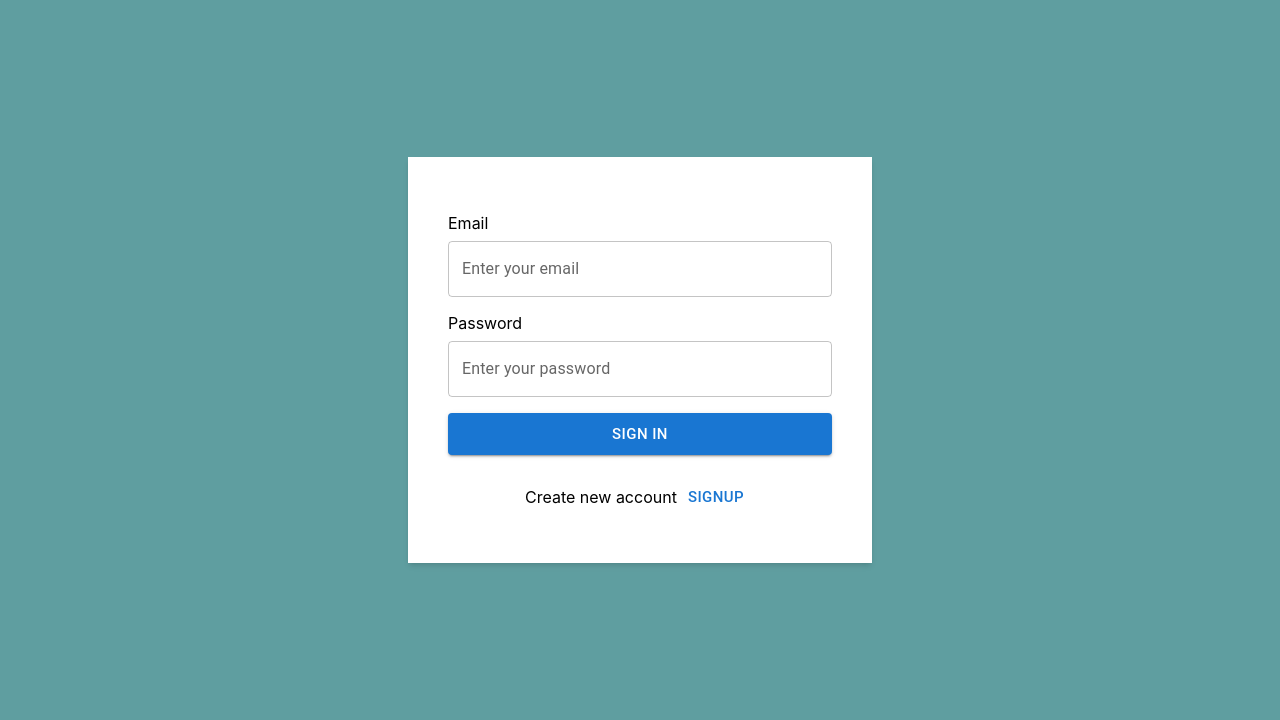
Repository: hoangcode204/Social-Chat-
Page: /signin (app in frontend/)
These files come from the project's save history. The page is drawn as it stood at one moment and after a run of saves; the edit follows.
The browser window is 1280 px wide. The pictures show the whole page.
The project was rebuilt for these pictures with package versions that can differ from the ones it lists, and the page was loaded fresh each time. Also part of the build but not shown: frontend/src/components/Homepage.module.scss, frontend/src/components/editChat/EditGroupChat.module.scss, frontend/src/components/utils/Utils.ts, frontend/src/components/editChat/GroupMember.module.scss, frontend/src/components/editChat/GroupMember.tsx, frontend/src/redux/chat/ChatAction.ts, frontend/src/components/editChat/EditGroupChat.tsx, frontend/src/components/profile/Profile.module.scss and 16 more. Imported but missing from the stored project, and not drawn on this page: frontend/src/redux/Constants.

Above is the page before, as saved 2025-05-17 11:26:26.

### frontend/public/index.html
<!DOCTYPE html>
<html lang="en">
  <head>
    <meta charset="utf-8" />
    <link rel="icon" href="%PUBLIC_URL%/favicon.ico" />
    <meta name="viewport" content="width=device-width, initial-scale=1" />
    <meta name="theme-color" content="#000000" />
    <meta
      name="description"
      content="Chat app"
    />
    <link rel="apple-touch-icon" href="%PUBLIC_URL%/favicon.ico" />
    <!--
      manifest.json provides metadata used when your web app is installed on a
      user's mobile device or desktop. See https://developers.google.com/web/fundamentals/web-app-manifest/
    -->
    <link rel="manifest" href="%PUBLIC_URL%/manifest.json" />
    <!--
      Notice the use of %PUBLIC_URL% in the tags above.
      It will be replaced with the URL of the `public` folder during the build.
      Only files inside the `public` folder can be referenced from the HTML.

      Unlike "/favicon-test.ico" or "favicon-test.ico", "%PUBLIC_URL%/favicon-test.ico" will
      work correctly both with client-side routing and a non-root public URL.
      Learn how to configure a non-root public URL by running `npm run build`.
    -->
    <title>Chat App</title>
  </head>
  <body>
    <noscript>You need to enable JavaScript to run this app.</noscript>
    <div id="root"></div>
    <!--
      This HTML file is a template.
      If you open it directly in the browser, you will see an empty page.

      You can add webfonts, meta tags, or analytics to this file.
      The build step will place the bundled scripts into the <body> tag.

      To begin the development, run `npm start` or `yarn start`.
      To create a production bundle, use `npm run build` or `yarn build`.
    -->
  </body>
</html>

### frontend/src/index.tsx
import React from 'react';
import ReactDOM from 'react-dom/client';
import './index.css';
import App from './App';
import {BrowserRouter} from "react-router-dom";
import {Provider} from "react-redux";
import {store} from "./redux/Store";

const root = ReactDOM.createRoot(
    document.getElementById('root') as HTMLElement
);
root.render(
    <React.StrictMode>
          {/* chế độ kiểm tra lỗi và cảnh báo trong dev. */}
        <BrowserRouter>

            <Provider store={store}>
                <App/>
            </Provider>
        </BrowserRouter>
    </React.StrictMode>
);

// If you want to start measuring performance in your app, pass a function
// to log results (for example: reportWebVitals(console.log))
// or send to an analytics endpoint. Learn more: https://bit.ly/CRA-vitals

### frontend/src/index.css
body {
  margin: 0;
  font-family: -apple-system, BlinkMacSystemFont, 'Segoe UI', 'Roboto', 'Oxygen',
    'Ubuntu', 'Cantarell', 'Fira Sans', 'Droid Sans', 'Helvetica Neue',
    sans-serif;
  -webkit-font-smoothing: antialiased;
  -moz-osx-font-smoothing: grayscale;
  max-width: 100vw;
  background-color: cadetblue;
}

code {
  font-family: source-code-pro, Menlo, Monaco, Consolas, 'Courier New',
    monospace;
}

### frontend/src/App.tsx
import React from 'react';
import {Route, Routes} from "react-router-dom";
import Homepage from "./components/Homepage";
import SignIn from "./components/register/SignIn";
import SignUp from "./components/register/SignUp";

function App() {
    return (
        <div>
            <Routes>
                <Route path="/" element={<Homepage/>}/>
                <Route path='/signin' element={<SignIn/>}/>
                <Route path='/signup' element={<SignUp/>}/>
            </Routes>
        </div>
    );
}

export default App;

### frontend/src/redux/Store.ts
import authReducer from "./auth/AuthReducer";
import {combineReducers} from "redux";
import {configureStore} from "@reduxjs/toolkit";
import chatReducer from "./chat/ChatReducer";
import messageReducer from "./message/MessageReducer";

const rootReducer = combineReducers({
    auth: authReducer,
    chat: chatReducer,
    message: messageReducer,
});

export const store = configureStore({
    reducer: rootReducer
});

export type RootState = ReturnType<typeof store.getState>;
export type AppDispatch = typeof store.dispatch;

### frontend/src/components/register/SignIn.tsx
import {TOKEN} from "../../config/Config";
import {useDispatch, useSelector} from "react-redux";
import {AuthReducerState, LoginRequestDTO} from "../../redux/auth/AuthModel";
import {useNavigate} from "react-router-dom";
import React, {Dispatch, useEffect, useState} from "react";
import {currentUser, loginUser} from "../../redux/auth/AuthAction";
import {RootState} from "../../redux/Store";
import {Button, TextField} from "@mui/material";
import styles from "./Register.module.scss";


// TODO: Show error if something went wrong (like wrong mail/ pw)
const SignIn = () => {

    const [signInData, setSignInData] = useState<LoginRequestDTO>({email: "", password: ""});
    const navigate = useNavigate();
    const dispatch: Dispatch<any> = useDispatch();
    const token: string | null = localStorage.getItem(TOKEN);
    const state: AuthReducerState = useSelector((state: RootState) => state.auth);

    useEffect(() => {
        if (token) {
            dispatch(currentUser(token));
        }
    }, [token, state.reqUser, dispatch]);

    useEffect(() => {
        if (state.reqUser) {
            navigate("/");
        }
    }, [state, navigate]);

    const onSubmit = (e: React.ChangeEvent<HTMLFormElement>) => {
        e.preventDefault();
        console.log("Sign in form submitted");
        dispatch(loginUser(signInData));
    };

    const onChangeEmail = (e: React.ChangeEvent<HTMLTextAreaElement | HTMLInputElement>) => {
        setSignInData({...signInData, email: e.target.value});
    };

    const onChangePassword = (e: React.ChangeEvent<HTMLTextAreaElement | HTMLInputElement>) => {
        setSignInData({...signInData, password: e.target.value});
    };

    const onClickCreateNewAccount = (e: any) => {
        navigate("/signup");
    };

    return (
        <div>
            <div className={styles.outerContainer}>
                <div className={styles.innerContainer}>
                    <form onSubmit={onSubmit}>
                        <div>
                            <p className={styles.text}>Email</p>
                            <TextField
                                className={styles.textInput}
                                id="email"
                                type="email"
                                label="Enter your email"
                                variant="outlined"
                                onChange={onChangeEmail}
                                value={signInData.email}/>
                        </div>
                        <div>
                            <p className={styles.text}>Password</p>
                            <TextField
                                className={styles.textInput}
                                id="password"
                                type="password"
                                label="Enter your password"
                                variant="outlined"
                                onChange={onChangePassword}
                                value={signInData.password}/>
                        </div>
                        <div className={styles.button}>
                            <Button
                                fullWidth
                                variant="contained"
                                size="large"
                                type="submit">
                                Sign in
                            </Button>
                        </div>
                    </form>
                    <div className={styles.bottomContainer}>
                        <p>Create new account</p>
                        <Button variant='text' size='large' onClick={onClickCreateNewAccount}>Signup</Button>
                    </div>
                </div>
            </div>
        </div>
    );
};

export default SignIn;

### frontend/src/redux/auth/AuthReducer.ts
import {AuthReducerState} from "./AuthModel";
import * as actionTypes from './AuthActionType';
import {Action} from "../CommonModel";

const initialState: AuthReducerState = {
    signin: null,
    signup: null,
    reqUser: null,
    searchUser: null,
    updateUser: null,
};

const authReducer = (state: AuthReducerState = initialState, action: Action): AuthReducerState => {
    switch (action.type) {
        case actionTypes.REGISTER:
            return {...state, signup: action.payload};
        case actionTypes.LOGIN_USER:
            return {...state, signin: action.payload};
        case actionTypes.REQ_USER:
            return {...state, reqUser: action.payload};
        case actionTypes.SEARCH_USER:
            return {...state, searchUser: action.payload};
        case actionTypes.UPDATE_USER:
            return {...state, updateUser: action.payload};
        case actionTypes.LOGOUT_USER:
            return {...state, signin: null, signup: null, reqUser: null};
    }
    return state;
};

export default authReducer;

### frontend/src/redux/chat/ChatReducer.ts
import * as actionTypes from './ChatActionType';
import {ChatReducerState} from "./ChatModel";
import {Action} from "../CommonModel";

const initialState: ChatReducerState = {
    chats: [],
    createdGroup: null,
    createdChat: null,
    deletedChat: null,
    editedGroup: null,
    markedAsReadChat: null,
};

const chatReducer = (state: ChatReducerState = initialState, action: Action): ChatReducerState => {
    switch (action.type) {
        case actionTypes.CREATE_CHAT:
            return {...state, createdChat: action.payload};
        case actionTypes.CREATE_GROUP:
            return {...state, createdGroup: action.payload};
        case actionTypes.GET_ALL_CHATS:
            return {...state, chats: Array.from(action.payload)};
        case actionTypes.DELETE_CHAT:
            return {...state, deletedChat: action.payload};
        case actionTypes.ADD_MEMBER_TO_GROUP:
            return {...state, editedGroup: action.payload};
        case actionTypes.REMOVE_MEMBER_FROM_GROUP:
            return {...state, editedGroup: action.payload};
        case actionTypes.MARK_CHAT_AS_READ:
            return {...state, markedAsReadChat: action.payload};
    }
    return state;
};

export default chatReducer;

### frontend/src/redux/message/MessageReducer.ts
import {MessageReducerState} from "./MessageModel";
import {Action} from "../CommonModel";
import * as actionTypes from './MessageActionType';

const initialState: MessageReducerState = {
    messages: [],
    newMessage: null,
};

const messageReducer = (state: MessageReducerState = initialState, action: Action): MessageReducerState => {
    switch (action.type) {
        case actionTypes.CREATE_NEW_MESSAGE:
            return {...state, newMessage: action.payload};
        case actionTypes.GET_ALL_MESSAGES:
            return {...state, messages: action.payload};
    }
    return state;
};

export default messageReducer;

### frontend/src/config/Config.ts
export const BASE_API_URL="http://localhost:8080";
export const TOKEN = 'token';

### frontend/src/redux/auth/AuthAction.ts
import {
    ApiResponseDTO, AuthenticationErrorDTO,
    LoginRequestDTO,
    LoginResponseDTO,
    SignUpRequestDTO,
    UpdateUserRequestDTO,
    UserDTO
} from "./AuthModel";
import * as actionTypes from './AuthActionType';
import {BASE_API_URL, TOKEN} from "../../config/Config";
import {AUTHORIZATION_PREFIX} from "../Constants";
import {AppDispatch} from "../Store";

const AUTH_PATH = 'auth';
const USER_PATH = 'api/users';

export const register = (data: SignUpRequestDTO) => async (dispatch: AppDispatch): Promise<void> => {
    try {
        const res: Response = await fetch(`${BASE_API_URL}/${AUTH_PATH}/signup`, {
            method: 'POST',
            headers: {
                'Content-Type': 'application/json',
            },
            body: JSON.stringify(data),
        });

        const resData: LoginResponseDTO = await res.json();
        if (resData.token) {
            localStorage.setItem(TOKEN, resData.token);
            console.log('Stored token');
        }
        console.log('User registered: ', resData);
        dispatch({type: actionTypes.REGISTER, payload: resData});
    } catch (error: any) {
        console.error('Register failed: ', error);
    }
};

export const loginUser = (data: LoginRequestDTO) => async (dispatch: AppDispatch): Promise<void> => {
    try {
        const res: Response = await fetch(`${BASE_API_URL}/${AUTH_PATH}/signin`, {
            method: 'POST',
            headers: {
                'Content-Type': 'application/json',
            },
            body: JSON.stringify(data),
        });

        const resData: LoginResponseDTO = await res.json();
        if (resData.token) {
            localStorage.setItem(TOKEN, resData.token);
            console.log('Stored token');
        }
        console.log('User logged in: ', resData);
        dispatch({type: actionTypes.LOGIN_USER, payload: resData});
    } catch (error: any) {
        console.error('Login failed: ', error);
    }
};

export const currentUser = (token: string) => async (dispatch: AppDispatch): Promise<void> => {
    try {
        const res: Response = await fetch(`${BASE_API_URL}/${USER_PATH}/profile`, {
            method: 'GET',
            headers: {
                'Content-Type': 'application/json',
                Authorization: `${AUTHORIZATION_PREFIX}${token}`,
            },
        });

        const resData: UserDTO | AuthenticationErrorDTO = await res.json();
        if ('message' in resData && resData.message === 'Authentication Error') {
            localStorage.removeItem(TOKEN);
            console.log('Removed invalid token from local storage');
            return;
        }
        console.log('Fetched current user: ', resData);
        dispatch({type: actionTypes.REQ_USER, payload: resData});
    } catch (error: any) {
        console.error('Fetching current user failed: ', error);
    }
};

export const searchUser = (data: string, token: string) => async (dispatch: AppDispatch): Promise<void> => {
    try {
        const res: Response = await fetch(`${BASE_API_URL}/${USER_PATH}/search?name=${data}`, {
            method: 'GET',
            headers: {
                'Content-Type': 'application/json',
                Authorization: `${AUTHORIZATION_PREFIX}${token}`,
            }
        });

        const resData: UserDTO[] = await res.json();
        console.log('Searched user data: ', resData);
        dispatch({type: actionTypes.SEARCH_USER, payload: resData});
    } catch (error: any) {
        console.error('Searching user failed: ', error);
    }
};

export const updateUser = (data: UpdateUserRequestDTO, token: string) => async (dispatch: AppDispatch): Promise<void> => {
    try {
        const res = await fetch(`${BASE_API_URL}/${USER_PATH}/update`, {
            method: 'PUT',
            headers: {
                'Content-Type': 'application/json',
                Authorization: `${AUTHORIZATION_PREFIX}${token}`,
            },
            body: JSON.stringify(data),
        });

        const resData: ApiResponseDTO = await res.json();
        console.log('User updated: ', resData);
        dispatch({type: actionTypes.UPDATE_USER, payload: resData});
    } catch (error: any) {
        console.error('User update failed: ', error);
    }
};

export const logoutUser = () => async (dispatch: AppDispatch): Promise<void> => {
    localStorage.removeItem(TOKEN);
    dispatch({type: actionTypes.LOGOUT_USER, payload: null});
    dispatch({type: actionTypes.REQ_USER, payload: null});
    console.log('User logged out');
};

### frontend/src/components/register/Register.module.scss
.outerContainer {
  display: flex;
  align-items: center;
  justify-content: center;
  height: 100vh;
}

.innerContainer {
  width: 30%;
  padding: 40px;
  box-shadow: 0 4px 6px -1px rgb(0 0 0 / 0.1), 0 2px 4px -2px rgb(0 0 0 / 0.1);
  background-color: white;
}

.text {
  margin-bottom: 8px;
}

.textInput {
  width: 100%;
  margin-top: 8px;
  margin-bottom: 8px;
}

.button {
  margin-top: 16px;
  margin-bottom: 16px;
  width: 100%;
}

.bottomContainer {
  display: flex;
  align-items: center;
  justify-content: center;
  margin-top: 8px;
}

### frontend/src/redux/auth/AuthActionType.ts
export const REGISTER = "REGISTER";
export const LOGIN_USER = "LOGIN_USER";
export const REQ_USER = "REQ_USER";
export const SEARCH_USER = "SEARCH_USER";
export const UPDATE_USER = "UPDATE_USER";
export const LOGOUT_USER = "LOGOUT_USER";

### frontend/src/redux/chat/ChatActionType.ts
export const CREATE_CHAT = "CREATE_CHAT";
export const CREATE_GROUP = "CREATE_GROUP";
export const GET_ALL_CHATS = "GET_ALL_CHATS";
export const DELETE_CHAT = "DELETE_CHAT";
export const ADD_MEMBER_TO_GROUP = "ADD_MEMBER_TO_GROUP";
export const REMOVE_MEMBER_FROM_GROUP = "REMOVE_MEMBER_FROM_GROUP";
export const MARK_CHAT_AS_READ = "MARK_CHAT_AS_READ";

### frontend/src/redux/message/MessageActionType.ts
export const CREATE_NEW_MESSAGE = "CREATE_NEW_MESSAGE";
export const GET_ALL_MESSAGES = "GET_ALL_MESSAGES";

After the next 2 saves:
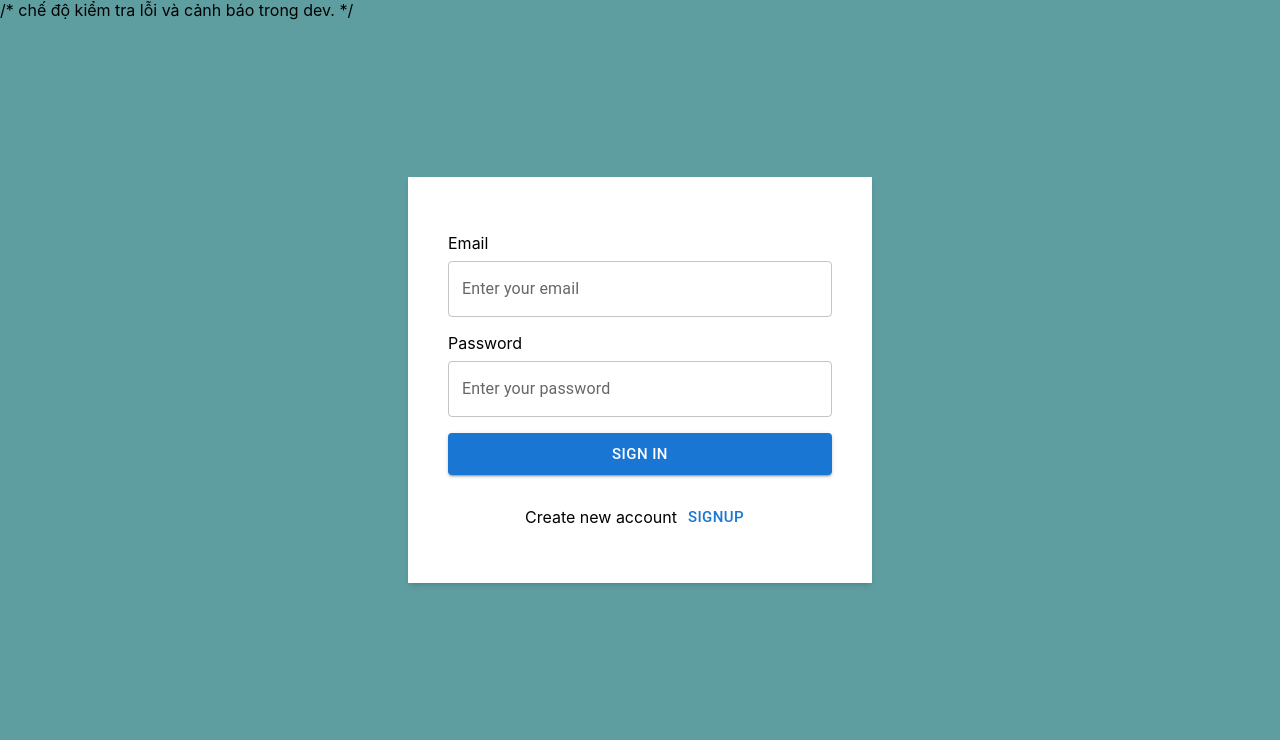
The 2 saves are shown as one change because they came seconds apart.
The last was saved 7 s later.
--- a/frontend/src/index.tsx
+++ b/frontend/src/index.tsx
@@ -11,7 +11,7 @@
 );
 root.render(
     <React.StrictMode>
-          {/* chế độ kiểm tra lỗi và cảnh báo trong dev. */}
+          /* chế độ kiểm tra lỗi và cảnh báo trong dev. */
         <BrowserRouter>
 
             <Provider store={store}>

After the 3 saves that followed:
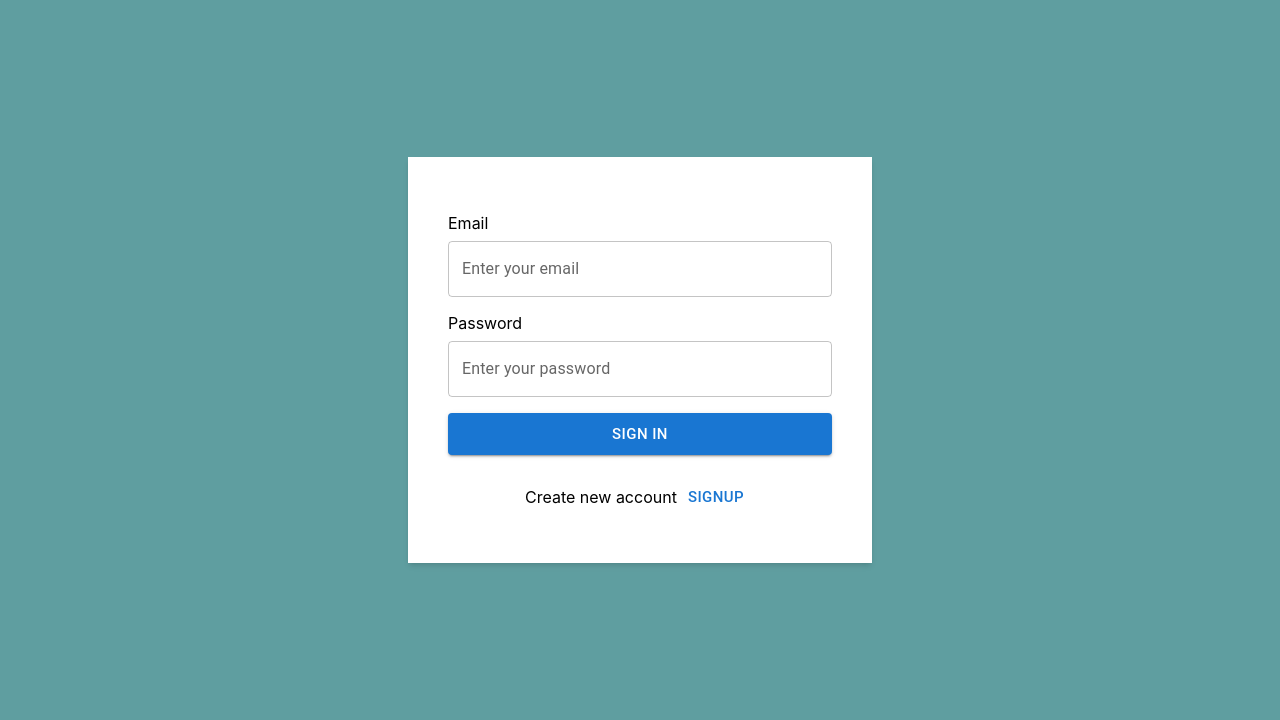
The 3 saves are shown as one change because 1 did not build or start and some came seconds apart.
The last was saved 14 s later.
--- a/frontend/src/index.tsx
+++ b/frontend/src/index.tsx
@@ -11,9 +11,7 @@
 );
 root.render(
     <React.StrictMode>
-          /* chế độ kiểm tra lỗi và cảnh báo trong dev. */
         <BrowserRouter>
-
             <Provider store={store}>
                 <App/>
             </Provider>
